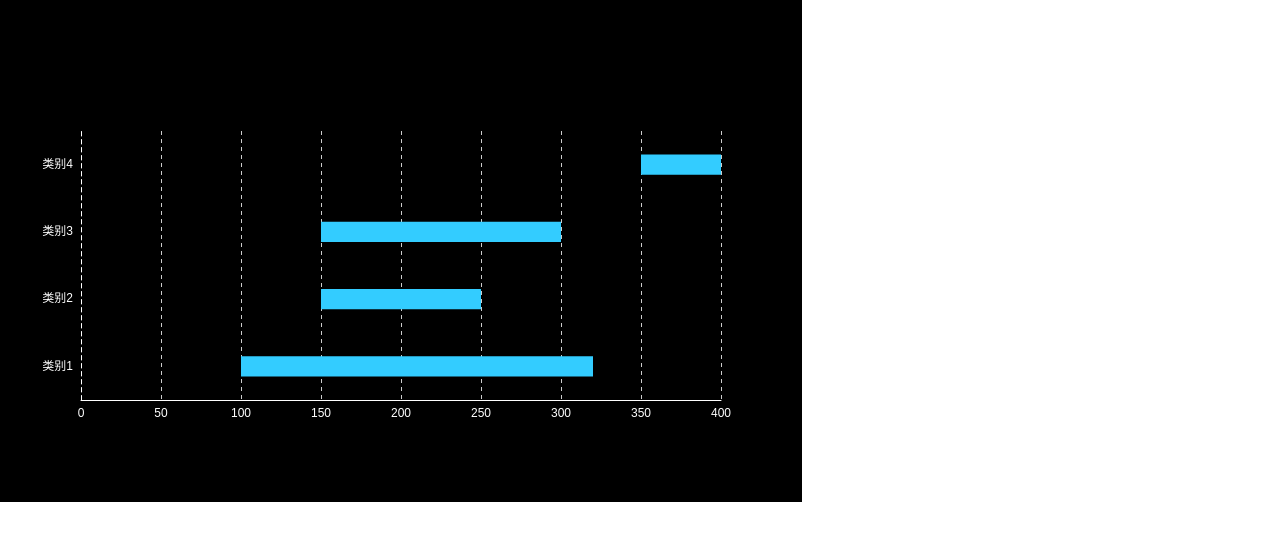
Repository: 572031690/echartproj
Page: /#/test
These files come from the project's save history. The page is drawn as it stood at one moment and after the next save; the edit follows.
The browser window is 1280 px wide. The pictures show the whole page.
The project was rebuilt for these pictures with package versions that can differ from the ones it lists, and the page was loaded fresh each time. Also part of the build but not shown: vue.config.js, src/components/Seller.vue, src/views/SellerPage.vue, src/utils/theme_utils.js, src/components/Trend.vue, src/views/TrendPage.vue, src/utils/map_utils.js, src/components/Map.vue and 9 more.

Above is the page before, as saved 2021-08-05 10:31:34.

### public/index.html
<!DOCTYPE html>
<html lang="en">
  <head>
    <meta charset="utf-8">
    <meta http-equiv="X-UA-Compatible" content="IE=edge">
    <meta name="viewport" content="width=device-width,initial-scale=1.0">
    <link rel="icon" href="<%= BASE_URL %>favicon.ico">
    <title><%= htmlWebpackPlugin.options.title %></title>
  </head>
  <body>
    <noscript>
      <strong>We're sorry but <%= htmlWebpackPlugin.options.title %> doesn't work properly without JavaScript enabled. Please enable it to continue.</strong>
    </noscript>
    <div id="app"></div>
    <!-- built files will be auto injected -->
    <!-- 一旦通过script标签引入的echarts.js的文件之后呢, window.echarts -->
    <script src="static/lib/echarts.min.js"></script>
    <!-- 引入主题的js文件 -->
    <script src="static/theme/chalk.js"></script>
    <script src="static/theme/vintage.js"></script>
  </body>
</html>

### src/main.js
import Vue from 'vue'
import App from './App.vue'
import router from './router'
import store from './store'
// 引入字体的文件
import './assets/font/iconfont.css'
// 引入全局的样式文件
import './assets/css/global.less'
import axios from 'axios'
import SocketService from './utils/socket_service'

// 调用socket **********
// import SocketService from '@/utils/socket_service'
// 对服务端进行webSocket连接 *********
// SocketService.Instance.connect()
// Vue.prototype.$socket = SocketService.Instance

// 请求基准路径的配置
axios.defaults.baseURL = 'http://127.0.0.1:8888/api/'
// 将axios挂载到Vue的原型对象上
// 在别的组件中 this.$http
Vue.prototype.$http = axios

// 将全局的echarts对象挂载到Vue的原型对象上
// 别的组件中 this.$echarts
Vue.prototype.$echarts = window.echarts

Vue.config.productionTip = false

new Vue({
  router,
  store,
  render: h => h(App)
}).$mount('#app')

### src/App.vue
<template>
  <div id="app">
    <!-- 路由占位符 -->
    <router-view></router-view>
  </div>
</template>

<style lang="less">

</style>

### src/router/index.js
import Vue from 'vue'
import VueRouter from 'vue-router'
import SellerPage from '@/views/SellerPage'
import TrendPage from '@/views/TrendPage'
import MapPage from '@/views/MapPage'
import RankPage from '@/views/RankPage'
import HotPage from '@/views/HotPage'
import StockPage from '@/views/StockPage'
import Test from '../components/Test.vue'
import ScreenPage from '@/views/ScreenPage'

Vue.use(VueRouter)

const routes = [
  {
    path: '/',
    redirect: '/screen'
  },
  {
    path: '/screen',
    component: ScreenPage
  },
  {
    path: '/sellerpage',
    component: SellerPage
  },
  {
    path: '/trendpage',
    component: TrendPage
  },
  {
    path: '/mappage',
    component: MapPage
  },
  {
    path: '/rankpage',
    component: RankPage
  },
  {
    path: '/hotpage',
    component: HotPage
  },
  {
    path: '/stockpage',
    component: StockPage
  },
  {
    path: '/test',
    component: Test
  }

]

const router = new VueRouter({
  routes
})

export default router

### src/store/index.js
import Vue from 'vue'
import Vuex from 'vuex'

Vue.use(Vuex)

export default new Vuex.Store({
  state: {
    theme: 'chalk'
  },
  mutations: {
    changeTheme (state) {
      if(state.theme === 'chalk'){
        state.theme = 'vintage'
      }else{
        state.theme = 'chalk'
      }
    }
  },
  actions: {
  },
  modules: {
  }
})

### src/assets/css/global.less
html, body, #app {
  width: 100%;
  height: 100%;
  padding: 0;
  margin: 0;
  overflow: hidden;
}

.com-page {
  width: 100%;
  height: 100%;
  overflow: hidden;
}

.com-container {
  width: 100%;
  height: 100%;
  overflow: hidden;
  position: relative;
}

.com-chart {
  width: 100%;
  height: 100%;
  overflow: hidden;
}

canvas {
  border-radius: 20px;
}

/*无法选中图片文字方法*/
span,div,img{
  user-select:none;
}

### src/utils/socket_service.js
export default class SocketService {
    // 单例的设计模式
    //如果别人通过get Instance 来的到我的实例对象 那我只会给他返回同一个实例对象
    static instance = null
    static get Instance() {
        if (!this.instance) {
            this.instance = new SocketService()
        }
        return this.instance
    }

    //和服务端连接的socket对象
    ws = null
    //存储回调函数
    callBackMapping = {}
    //定义连接服务器的方法
    connect() {
        //连接服务器
        if (!window.WebSocket) {
            return console.log('你的浏览器不支持WebSocket');
        }
        this.ws = new WebSocket('ws://localhost:9998')

        //连接服务端成功
        this.ws.onopen = () => {
            console.log('连接服务端成功');
        }
        //连接服务端失败
        this.ws.onclose = () => {
            console.log('连接服务端失败');
        }
        //得到服务端发送过来的数据
        this.ws.onmessage = msg => {
            console.log('从服务端获取数据');
            //得到的数据在msg的data里面
            // console.log(msg.data);
            const recvData = JSON.parse(msg.data)
            const socketType = recvData.socketType
            //判断回调函数是否存在
            if(this.callBackMapping[socketType]){
                const action = recvData.action
                if(action === 'getData') {
                    const realData = JSON.parse(recvData.data)
                    this.callBackMapping[socketType]
                }else if( action === 'fullScreen') {

                }else if(action === 'themeChange') {

                }
            }
        }
    }
    //回调函数的注册
    registerCallBack(socketType, callBack) {
        this.callBackMapping[socketType] = callBack
    }
    //取消某一个回调函数
    unRegisterCallBack(socketType) {
        this.callBackMapping[socketType] = null
    }

}

### src/components/Test.vue
<template>
  <div class="line-chart" ref="mybar">
    123
  </div>
</template>

<script>
export default {
  mounted() {
    this.getData();
    this.initChart();
  },
  data() {
    return {
      chartInstance: null,
      seriesData: [
        [100, 320],
        [150, 250],
        [150, 300],
        [350, 400]
      ],
      barChart: {
        xAxisData: ["类别1", "类别2", "类别3", "类别4"],
        dataList: []
      }
    };
  },
  methods: {
    initChart() {
      const chartInstance = this.$echarts.init(this.$refs.mybar);
      const option = {
        grid: [
          {
            top: 130,
            bottom: 101
          }
        ],
        yAxis: [
          {
            type: "category",
            data: this.barChart.xAxisData,
            // gridIndex: 0, // x 轴所在的 grid 的索引，默认位于第一个 grid。
            axisLabel: {
              color: "#fff" // 刻度标签文字的颜色
            },
            axisLine: {
              // 设置轴线
              lineStyle: {
                color: "#fff",
                type: "dashed"
              }
            },
            axisTick: {
              show: false // 是否显示坐标轴刻度。
            }
          }
        ],
        xAxis: [
          {
            interval: 50, // 强制设置坐标轴刻度间隔值
            // scale: true,
            type: "value",
            // gridIndex: 0,
            axisLabel: {
              // 刻度标签文字的颜色
              color: "#fff"
            },
            splitLine: {
              // x轴竖线
              lineStyle: {
                // color: "rgba(255, 255, 255, 45)"
                type: "dashed"
              }
            },
            axisLine: {
              // 设置轴线
              show: true,
              // 设置轴线
              lineStyle: {
                color: "#fff"
              }
            },
            axisTick: {
              show: false // 是否显示坐标轴刻度。
            }
          }
        ],
        series: [
          {
            stack: "类1",
            barWidth: "30%", // 宽度
            itemStyle: {
              // color: "#3366cc"
              opacity: 0
            },
            data: this.barChart.dataList[0],
            type: "bar"
          },
          {
            label: {
              show: false
            },
            stack: "类1",
            xAxisIndex: 0,
            barWidth: "30%", // 宽度
            itemStyle: {
              color: "#33ccff"
            },
            data: this.barChart.dataList[1],
            type: "bar"
          }
        ]
      };
      chartInstance.setOption(option);
    },
    getData() {
      this.barChart.dataList[0] = this.seriesData.map(item => {
        return item[0];
      });
      this.barChart.dataList[1] = this.seriesData.map(item => {
        return item[1] - item[0];
      });
      console.log(this.barChart.dataList);
    }
  }
};
</script>

<style>
.line-chart {
  width: 800px;
  height: 500px;
  border: 1px solid black;
  background: #000;
}
</style>

### public/static/theme/vintage.js
(function (root, factory) {
    if (typeof define === 'function' && define.amd) {
        // AMD. Register as an anonymous module.
        define(['exports', 'echarts'], factory);
    } else if (typeof exports === 'object' && typeof exports.nodeName !== 'string') {
        // CommonJS
        factory(exports, require('echarts'));
    } else {
        // Browser globals
        factory({}, root.echarts);
    }
}(this, function (exports, echarts) {
    var log = function (msg) {
        if (typeof console !== 'undefined') {
            console && console.error && console.error(msg);
        }
    };
    if (!echarts) {
        log('ECharts is not Loaded');
        return;
    }
    echarts.registerTheme('vintage', {
        "color": [
            '#0ba82c',
            '#2c6eff',
            '#16f2d9',
            '#fe211e',
            '#fa6900',
            "#eedd78",
            "#73a373",
            "#73b9bc",
            "#7289ab",
            "#91ca8c",
            "#f49f42"
        ],
        "backgroundColor": "#ffffff",
        "textStyle": {},
        "title": {
            "textStyle": {
                "color": "#333333"
            },
            "subtextStyle": {
                "color": "#aaa"
            }
        },
        "line": {
            "itemStyle": {
                "normal": {
                    "borderWidth": "4"
                }
            },
            "lineStyle": {
                "normal": {
                    "width": "3"
                }
            },
            "symbolSize": "0",
            "symbol": "circle",
            "smooth": true
        },
        "radar": {
            "itemStyle": {
                "normal": {
                    "borderWidth": 1
                }
            },
            "lineStyle": {
                "normal": {
                    "width": 2
                }
            },
            "symbolSize": 4,
            "symbol": "emptyCircle",
            "smooth": false
        },
        "bar": {
            "itemStyle": {
                "normal": {
                    "barBorderWidth": 0,
                    "barBorderColor": "#ccc"
                },
                "emphasis": {
                    "barBorderWidth": 0,
                    "barBorderColor": "#ccc"
                }
            }
        },
        "pie": {
            "itemStyle": {
                "normal": {
                    "borderWidth": 0,
                    "borderColor": "#ccc"
                },
                "emphasis": {
                    "borderWidth": 0,
                    "borderColor": "#ccc"
                }
            }
        },
        "scatter": {
            "itemStyle": {
                "normal": {
                    "borderWidth": 0,
                    "borderColor": "#ccc"
                },
                "emphasis": {
                    "borderWidth": 0,
                    "borderColor": "#ccc"
                }
            }
        },
        "boxplot": {
            "itemStyle": {
                "normal": {
                    "borderWidth": 0,
                    "borderColor": "#ccc"
                },
                "emphasis": {
                    "borderWidth": 0,
                    "borderColor": "#ccc"
                }
            }
        },
        "parallel": {
            "itemStyle": {
                "normal": {
                    "borderWidth": 0,
                    "borderColor": "#ccc"
                },
                "emphasis": {
                    "borderWidth": 0,
                    "borderColor": "#ccc"
                }
            }
        },
        "sankey": {
            "itemStyle": {
                "normal": {
                    "borderWidth": 0,
                    "borderColor": "#ccc"
                },
                "emphasis": {
                    "borderWidth": 0,
                    "borderColor": "#ccc"
                }
            }
        },
        "funnel": {
            "itemStyle": {
                "normal": {
                    "borderWidth": 0,
                    "borderColor": "#ccc"
                },
                "emphasis": {
                    "borderWidth": 0,
                    "borderColor": "#ccc"
                }
            }
        },
        "gauge": {
            "itemStyle": {
                "normal": {
                    "borderWidth": 0,
                    "borderColor": "#ccc"
                },
                "emphasis": {
                    "borderWidth": 0,
                    "borderColor": "#ccc"
                }
            }
        },
        "candlestick": {
            "itemStyle": {
                "normal": {
                    "color": "#c23531",
                    "color0": "#314656",
                    "borderColor": "#c23531",
                    "borderColor0": "#314656",
                    "borderWidth": 1
                }
            }
        },
        "graph": {
            "itemStyle": {
                "normal": {
                    "borderWidth": 0,
                    "borderColor": "#ccc"
                }
            },
            "lineStyle": {
                "normal": {
                    "width": 1,
                    "color": "#aaa"
                }
            },
            "symbolSize": 4,
            "symbol": "emptyCircle",
            "smooth": false,
            "color": [
                "#d87c7c",
                "#919e8b",
                "#d7ab82",
                "#6e7074",
                "#61a0a8",
                "#efa18d",
                "#787464",
                "#cc7e63",
                "#724e58",
                "#4b565b"
            ],
            "label": {
                "normal": {
                    "textStyle": {
                        "color": "#eee"
                    }
                }
            }
        },
        "map": {
            "itemStyle": {
                "normal": {
                    "areaColor": "#eeeeee",
                    "borderColor": "#444444",
                    "borderWidth": 0.5
                },
                "emphasis": {
                    "areaColor": "rgba(255,215,0,0.8)",
                    "borderColor": "#444444",
                    "borderWidth": 1
                }
            },
            "label": {
                "normal": {
                    "textStyle": {
                        "color": "#000000"
                    }
                },
                "emphasis": {
                    "textStyle": {
                        "color": "rgb(100,0,0)"
                    }
                }
            }
        },
        "geo": {
            "itemStyle": {
                "normal": {
                    "areaColor": "#eeeeee",
                    "borderColor": "#444444",
                    "borderWidth": 0.5
                },
                "emphasis": {
                    "areaColor": "rgba(255,215,0,0.8)",
                    "borderColor": "#444444",
                    "borderWidth": 1
                }
            },
            "label": {
                "normal": {
                    "textStyle": {
                        "color": "#000000"
                    }
                },
                "emphasis": {
                    "textStyle": {
                        "color": "rgb(100,0,0)"
                    }
                }
            }
        },
        "categoryAxis": {
            "axisLine": {
                "show": true,
                "lineStyle": {
                    "color": "#333"
                }
            },
            "axisTick": {
                "show": true,
                "lineStyle": {
                    "color": "#333"
                }
            },
            "axisLabel": {
                "show": true,
                "textStyle": {
                    "color": "#999"
                }
            },
            "splitLine": {
                "show": false,
                "lineStyle": {
                    "color": [
                        "#ccc"
                    ]
                }
            },
            "splitArea": {
                "show": false,
                "areaStyle": {
                    "color": [
                        "rgba(250,250,250,0.3)",
                        "rgba(200,200,200,0.3)"
                    ]
                }
            }
        },
        "valueAxis": {
            "axisLine": {
                "show": true,
                "lineStyle": {
                    "color": "#666666"
                }
            },
            "axisTick": {
                "show": false,
                "lineStyle": {
                    "color": "#333"
                }
            },
            "axisLabel": {
                "show": true,
                "textStyle": {
                    "color": "#aaaaaa"
                }
            },
            "splitLine": {
                "show": false,
                "lineStyle": {
                    "color": [
                        "#e6e6e6"
                    ]
                }
            },
            "splitArea": {
                "show": false,
                "areaStyle": {
                    "color": [
                        "rgba(250,250,250,0.05)",
                        "rgba(200,200,200,0.02)"
                    ]
                }
            }
        },
        "logAxis": {
            "axisLine": {
                "show": true,
                "lineStyle": {
                    "color": "#333"
                }
            },
            "axisTick": {
                "show": true,
                "lineStyle": {
                    "color": "#333"
                }
            },
            "axisLabel": {
                "show": true,
                "textStyle": {
                    "color": "#333"
                }
            },
            "splitLine": {
                "show": true,
                "lineStyle": {
                    "color": [
                        "#ccc"
                    ]
                }
            },
            "splitArea": {
                "show": false,
                "areaStyle": {
                    "color": [
                        "rgba(250,250,250,0.3)",
                        "rgba(200,200,200,0.3)"
                    ]
                }
            }
        },
        "timeAxis": {
            "axisLine": {
                "show": true,
                "lineStyle": {
                    "color": "#333"
                }
            },
            "axisTick": {
                "show": true,
                "lineStyle": {
                    "color": "#333"
                }
            },
            "axisLabel": {
                "show": true,
                "textStyle": {
                    "color": "#333"
                }
            },
            "splitLine": {
                "show": true,
                "lineStyle": {
                    "color": [
                        "#ccc"
                    ]
                }
            },
            "splitArea": {
                "show": false,
                "areaStyle": {
                    "color": [
                        "rgba(250,250,250,0.3)",
                        "rgba(200,200,200,0.3)"
                    ]
                }
            }
        },
        "toolbox": {
            "iconStyle": {
                "normal": {
                    "borderColor": "#999999"
                },
                "emphasis": {
                    "borderColor": "#666666"
                }
            }
        },
        "legend": {
            "textStyle": {
                "color": "#333333"
            }
        },
        "tooltip": {
            "axisPointer": {
                "lineStyle": {
                    "color": "#cccccc",
                    "width": 1
                },
                "crossStyle": {
                    "color": "#cccccc",
                    "width": 1
                }
            }
        },
        "timeline": {
            "lineStyle": {
                "color": "#293c55",
                "width": 1
            },
            "itemStyle": {
                "normal": {
                    "color": "#293c55",
                    "borderWidth": 1
                },
                "emphasis": {
                    "color": "#a9334c"
                }
            },
            "controlStyle": {
                "normal": {
                    "color": "#293c55",
                    "borderColor": "#293c55",
                    "borderWidth": 0.5
                },
                "emphasis": {
                    "color": "#293c55",
                    "borderColor": "#293c55",
                    "borderWidth": 0.5
                }
            },
            "checkpointStyle": {
                "color": "#e43c59",
                "borderColor": "rgba(194,53,49,0.5)"
            },
            "label": {
                "normal": {
                    "textStyle": {
                        "color": "#293c55"
                    }
                },
                "emphasis": {
                    "textStyle": {
                        "color": "#293c55"
                    }
                }
            }
        },
        "visualMap": {
            "color": [
                "#bf444c",
                "#d88273",
                "#f6efa6"
            ]
        },
        "dataZoom": {
            "backgroundColor": "rgba(47,69,84,0)",
            "dataBackgroundColor": "rgba(47,69,84,0.3)",
            "fillerColor": "rgba(167,183,204,0.4)",
            "handleColor": "#a7b7cc",
            "handleSize": "100%",
            "textStyle": {
                "color": "#333333"
            }
        },
        "markPoint": {
            "label": {
                "normal": {
                    "textStyle": {
                        "color": "#eee"
                    }
                },
                "emphasis": {
                    "textStyle": {
                        "color": "#eee"
                    }
                }
            }
        }
    });
}));

Loaded but not shown: src/assets/font/iconfont.css (common file); public/static/lib/echarts.min.js (library); public/static/theme/chalk.js (521 lines, source omitted)

After the next save:
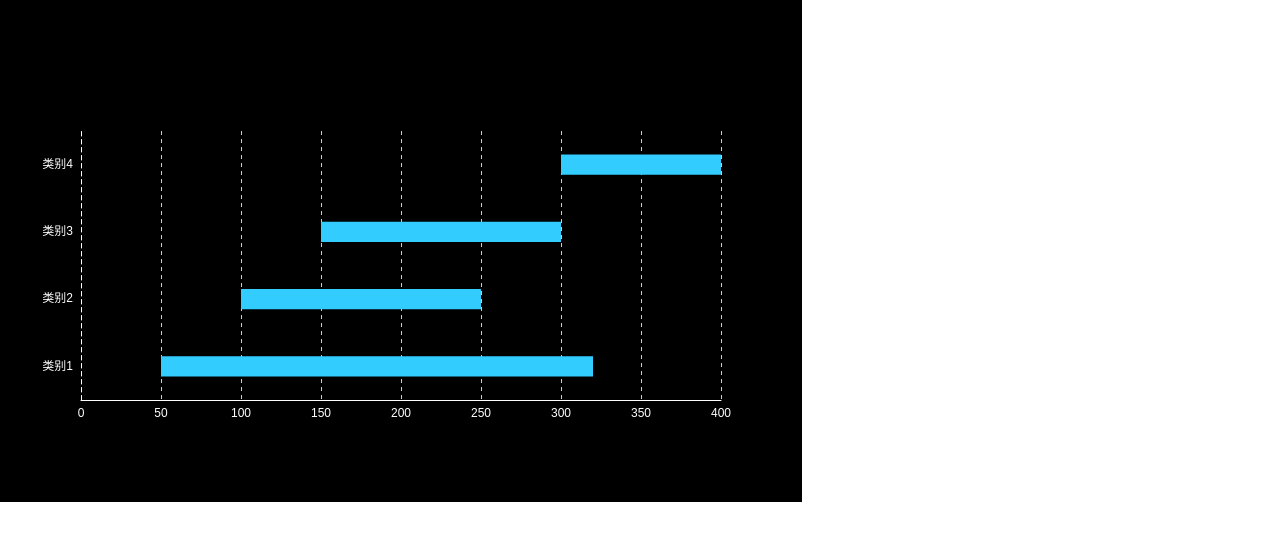
Saved 63 s later.
--- a/src/components/Test.vue
+++ b/src/components/Test.vue
@@ -14,10 +14,10 @@ export default {
     return {
       chartInstance: null,
       seriesData: [
-        [100, 320],
-        [150, 250],
+        [50, 320],
+        [100, 250],
         [150, 300],
-        [350, 400]
+        [300, 400]
       ],
       barChart: {
         xAxisData: ["类别1", "类别2", "类别3", "类别4"],
